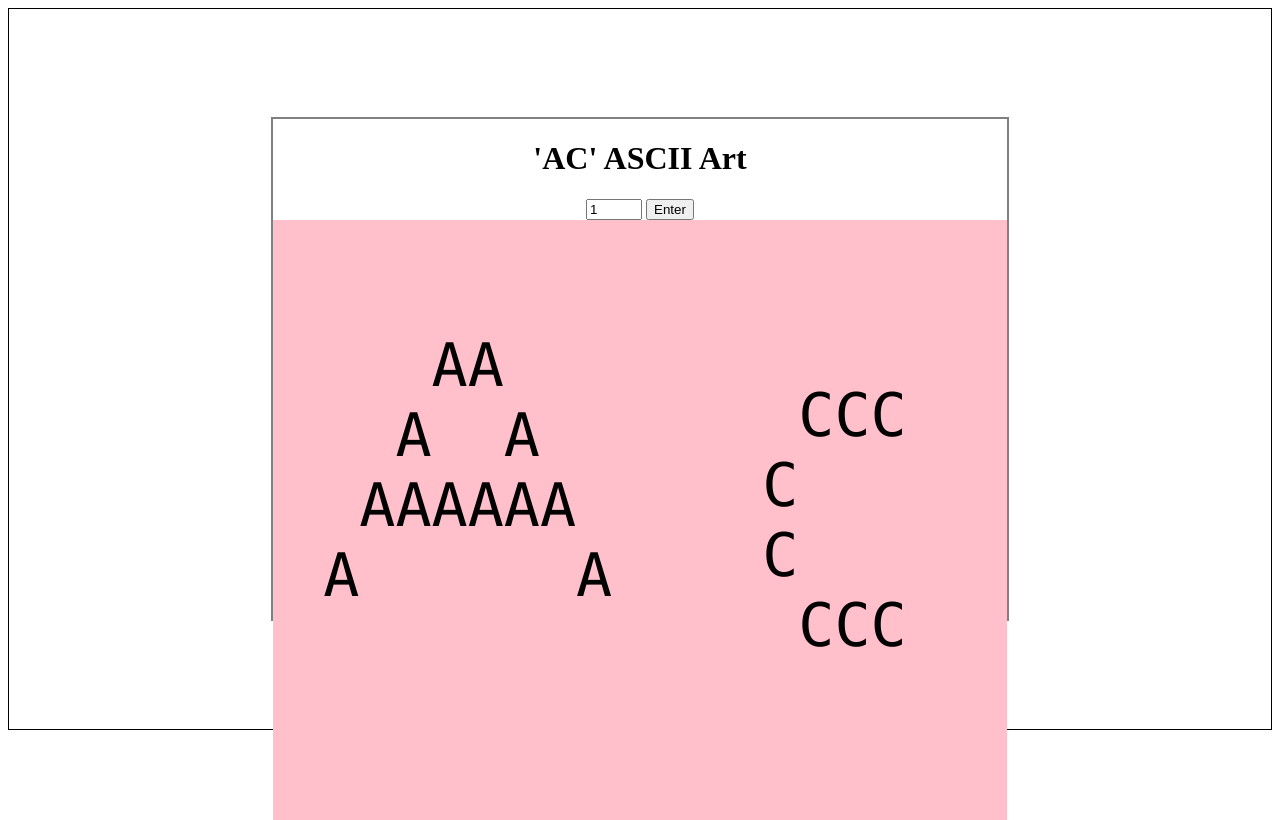
Repository: Achorn/ascii-art
Page: index.html
These files come from the project's save history. The page is drawn as it stood at one moment and after the next save; the edit follows.
The browser window is 1280 px wide. The pictures show the whole page.

Above is the page before, as saved 2021-08-09 20:17:16.

After the next save:
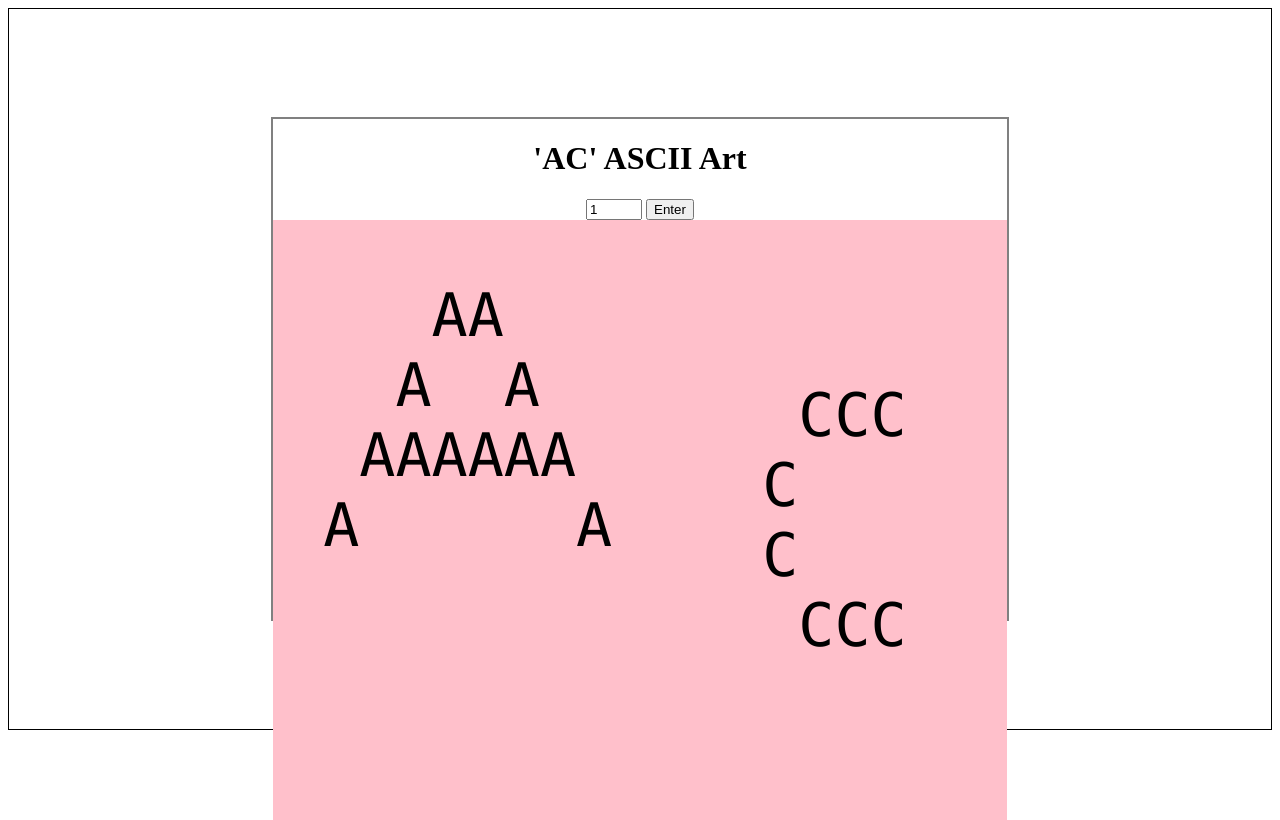
Saved 5 s later.
--- a/styles.css
+++ b/styles.css
@@ -26,7 +26,7 @@ form {
 }
 #mono-a {
   /* font-size: 25.5vw; */
-  padding: 50px 50px 50px 50px;
+  padding: 0px 50px 0px 50px;
   white-space: pre;
 }
 #mono-c {
